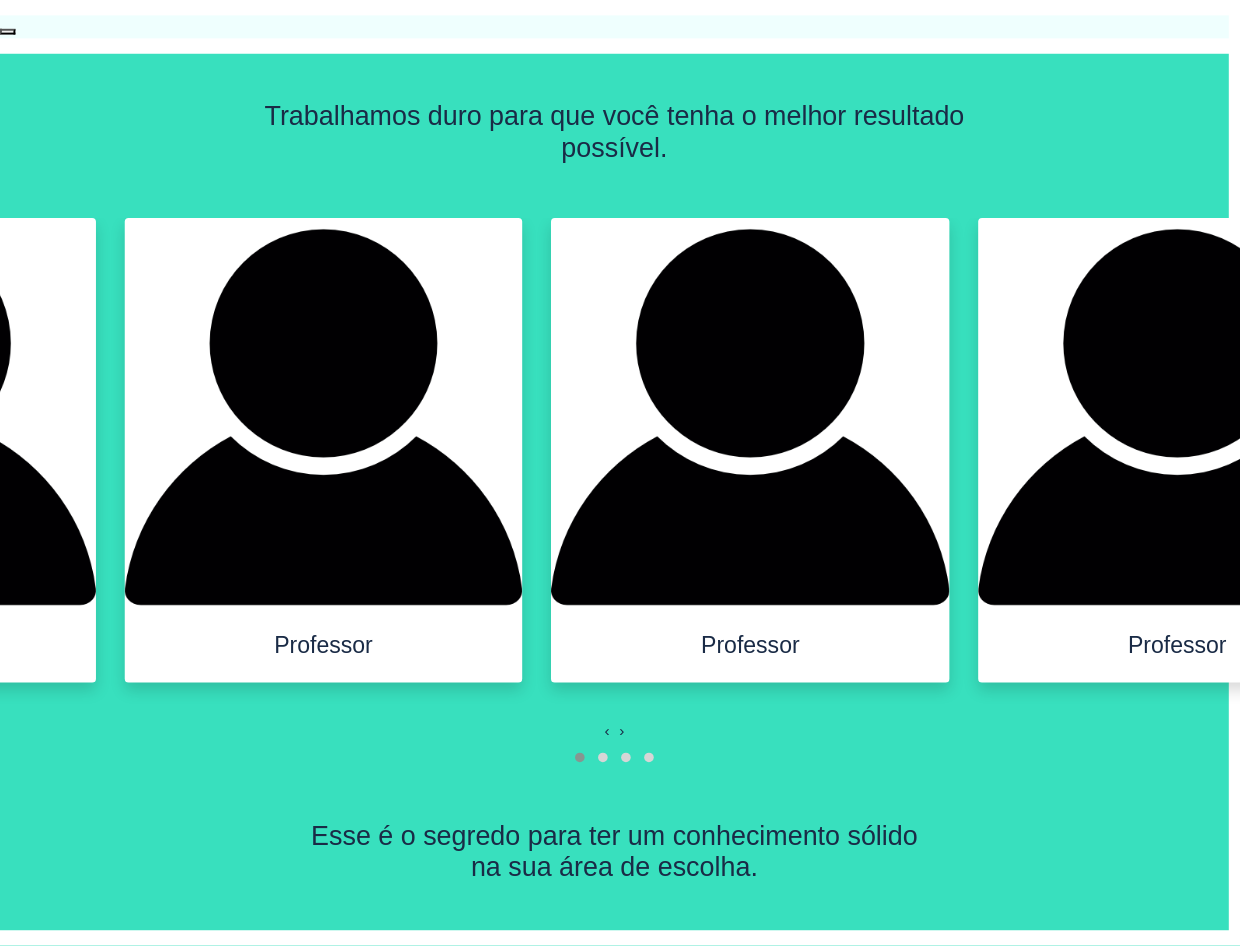
Repository: MarTech-Coders-Planejamento/site-oficial
Page: home.html
An editor plug-in stored every save of this project. The page is shown before and after the next save, followed by the edit.
The browser window is 1280 px wide. The page is 1292 px wide, so the pictures cover 1292 px, including what lies to the right of the window. The pictures show the whole page, at 96% of full size.
Some web fonts or font styles are not loaded; a fallback is used.

Above is the page before, as saved 2021-10-23 00:57:32.

### home.html
<!DOCTYPE html>
<html lang="pt-BR">
  <head>
    <meta charset="UTF-8" />
    <meta http-equiv="X-UA-Compatible" content="IE=edge" />
    <meta name="viewport" content="width=device-width, initial-scale=1.0" />
    <!--Fonts Google-->
    <link
      href="https://fonts.googleapis.com/css2?family=Tomorrow:wght@300;400;700&display=swap"
      rel="stylesheet"
    />

    <!-- Bootstrap CSS -->
    <link
      href="https://cdn.jsdelivr.net/npm/bootstrap@5.1.2/dist/css/bootstrap.min.css"
      rel="stylesheet"
      integrity="sha384-uWxY/CJNBR+1zjPWmfnSnVxwRheevXITnMqoEIeG1LJrdI0GlVs/9cVSyPYXdcSF"
      crossorigin="anonymous"
    />

    <!-- Styles -->
    <link rel="stylesheet" href="./css/home.css" />
    <link
      rel="stylesheet"
      href="https://cdnjs.cloudflare.com/ajax/libs/OwlCarousel2/2.3.4/assets/owl.carousel.min.css"
      integrity="sha512-tS3S5qG0BlhnQROyJXvNjeEM4UpMXHrQfTGmbQ1gKmelCxlSEBUaxhRBj/EFTzpbP4RVSrpEikbmdJobCvhE3g=="
      crossorigin="anonymous"
    />
    <link
      rel="stylesheet"
      href="https://cdnjs.cloudflare.com/ajax/libs/OwlCarousel2/2.3.4/assets/owl.theme.default.min.css"
      integrity="sha512-sMXtMNL1zRzolHYKEujM2AqCLUR9F2C4/05cdbxjjLSRvMQIciEPCQZo++nk7go3BtSuK9kfa/s+a4f4i5pLkw=="
      crossorigin="anonymous"
    />

    <title>Home</title>
  </head>
  <body>
    <div class="container-fluid">
      <!--cabeçalho fluido-->
      <header>
        <nav></nav>
      </header>
      <main>
        <section class="bg-one">
          <!--dobra1-->
          <article>
            <header></header>
            <h1></h1>
            <p></p>
            <figure></figure>
            <button></button>
          </article>
        </section>
        <section class="bg-two">
          <!--dobra2-->
          <article>
            <h2></h2>
            <p></p>
            <figure></figure>
          </article>
        </section>
        <section class="bg-one">
          <!--dobra3-->
          <article>
            <header></header>
            <p></p>
            <figure></figure>
          </article>
        </section>
        <section class="bg-two">
          <!--dobra4-->
          <p class='h3 p-5 text-center'>
            Trabalhamos duro para que você tenha o melhor resultado <br> possível.
          </p>
          <div class="row justify-content-center">
            <div id='slider-container' class="col">
              <div class="owl-carousel owl-theme">
                <div class="item mb-4">
                  <div class="card border-0 shadow">
                    <img src="/image/person.png" alt="" class="card-img-top img-fluid" />
                    <div class="card-body">
                      <div class="card-title text-center">
                        <h4>Professor</h4>
                      </div>
                    </div>
                  </div>
                </div>

                <div class="item">
                  <div class="card border-0 shadow">
                    <img src="/image/person.png" alt="" class="card-img-top img-fluid" />
                    <div class="card-body">
                      <div class="card-title text-center">
                        <h4>Professor</h4>
                      </div>
                    </div>
                  </div>
                </div>
                <div class="item">
                  <div class="card border-0 shadow">
                    <img src="/image/person.png" alt="" class="card-img-top img-fluid" />
                    <div class="card-body">
                      <div class="card-title text-center">
                        <h4>Professor</h4>
                      </div>
                    </div>
                  </div>
                </div>
                <div class="item">
                  <div class="card border-0 shadow">
                    <img src="/image/person.png" alt="" class="card-img-top img-fluid" />
                    <div class="card-body">
                      <div class="card-title text-center">
                        <h4>Professor</h4>
                      </div>
                    </div>
                  </div>
                </div>
                <div class="item">
                  <div class="card border-0 shadow">
                    <img src="/image/person.png" alt="" class="card-img-top img-fluid" />
                    <div class="card-body">
                      <div class="card-title text-center">
                        <h4>Professor</h4>
                      </div>
                    </div>
                  </div>
                </div>
                <div class="item">
                  <div class="card border-0 shadow">
                    <img src="/image/person.png" alt="" class="card-img-top img-fluid" />
                    <div class="card-body">
                      <div class="card-title text-center">
                        <h4>Professor</h4>
                      </div>
                    </div>
                  </div>
                </div>
                <div class="item">
                  <div class="card border-0 shadow">
                    <img src="/image/person.png" alt="" class="card-img-top img-fluid" />
                    <div class="card-body">
                      <div class="card-title text-center">
                        <h4>Professor</h4>
                      </div>
                    </div>
                  </div>
                </div>
                <div class="item">
                  <div class="card border-0 shadow">
                    <img src="/image/person.png" alt="" class="card-img-top img-fluid" />
                    <div class="card-body">
                      <div class="card-title text-center">
                        <h4>Professor</h4>
                      </div>
                    </div>
                  </div>
                </div>
                <div class="item">
                  <div class="card border-0 shadow">
                    <img src="/image/person.png" alt="" class="card-img-top img-fluid" />
                    <div class="card-body">
                      <div class="card-title text-center">
                        <h4>Professor</h4>
                      </div>
                    </div>
                  </div>
                </div>
                <div class="item">
                  <div class="card border-0 shadow">
                    <img src="/image/person.png" alt="" class="card-img-top img-fluid" />
                    <div class="card-body">
                      <div class="card-title text-center">
                        <h4>Professor</h4>
                      </div>
                    </div>
                  </div>
                </div>
                <div class="item">
                  <div class="card border-0 shadow">
                    <img src="/image/person.png" alt="" class="card-img-top img-fluid" />
                    <div class="card-body">
                      <div class="card-title text-center">
                        <h4>Professor</h4>
                      </div>
                    </div>
                  </div>
                </div>
                <div class="item">
                  <div class="card border-0 shadow">
                    <img src="/image/person.png" alt="" class="card-img-top img-fluid" />
                    <div class="card-body">
                      <div class="card-title text-center">
                        <h4>Professor</h4>
                      </div>
                    </div>
                  </div>
                </div>
              </div>
            </div>
          </div>
          <p class='h3 p-5 text-center'>
            Esse é o segredo para ter um conhecimento sólido <br> na sua área de
            escolha.
          </p>
        </section>
      </main>

      <footer class="bg-one">
        <!--footer-->
        <article></article>
        <p></p>
      </footer>
    </div>

    <!-- Owl Carousel -->

    <script src="https://cdnjs.cloudflare.com/ajax/libs/jquery/3.6.0/jquery.min.js"></script>

    <!-- Bootstrap Bundle javascript -->
    <script
      src="https://cdn.jsdelivr.net/npm/bootstrap@5.1.2/dist/js/bootstrap.bundle.min.js"
      integrity="sha384-kQtW33rZJAHjgefvhyyzcGF3C5TFyBQBA13V1RKPf4uH+bwyzQxZ6CmMZHmNBEfJ"
      crossorigin="anonymous"
    ></script>

    <!-- Owl Carousel -->

    <script
      src="https://cdnjs.cloudflare.com/ajax/libs/OwlCarousel2/2.3.4/owl.carousel.min.js"
      integrity="sha512-bPs7Ae6pVvhOSiIcyUClR7/q2OAsRiovw4vAkX+zJbw3ShAeeqezq50RIIcIURq7Oa20rW2n2q+fyXBNcU9lrw=="
      crossorigin="anonymous"
    ></script>

    <!-- Slider -->

    <script>
      $(".owl-carousel").owlCarousel({
        loop: true,
        autoplay: true,
        margin: 30,
        animateOut: "fadeOut",
        animateIn: "fadeIn",
        nav: true,
        autoplayHoverPause: true,
        responsive: {
          0: {
            items: 1,
            nav:false
          },
          600: {
            items: 2,
            nav:false,
          },
          1000: {
            items: 3,
            nav: true,
            loop: false
          },
        },
      });
    </script>
  </body>
</html>

### css/home.css
:root {
  --bg: #effffe;
  --bg2: #38e0be;
  --texto: #1a2b46;
}
* {
  font-family: "Tomorrow", sans-serif;
}

.container-fluid {
  padding-right: 0;
  padding-left: 0;
  margin-right: auto;
  margin-left: auto;
}

.bg-one {
  background-color: var(--bg);
  color: var(--texto);
}
.bg-two {
  background-color: var(--bg2);
  color: var(--texto);
}

/* Slider Container*/

#slider-container{
 padding: 0;
}

.card-img-top img{
  width: 300px;
}

.owl-stage{
  padding: 0 !important;
}

After the next save:
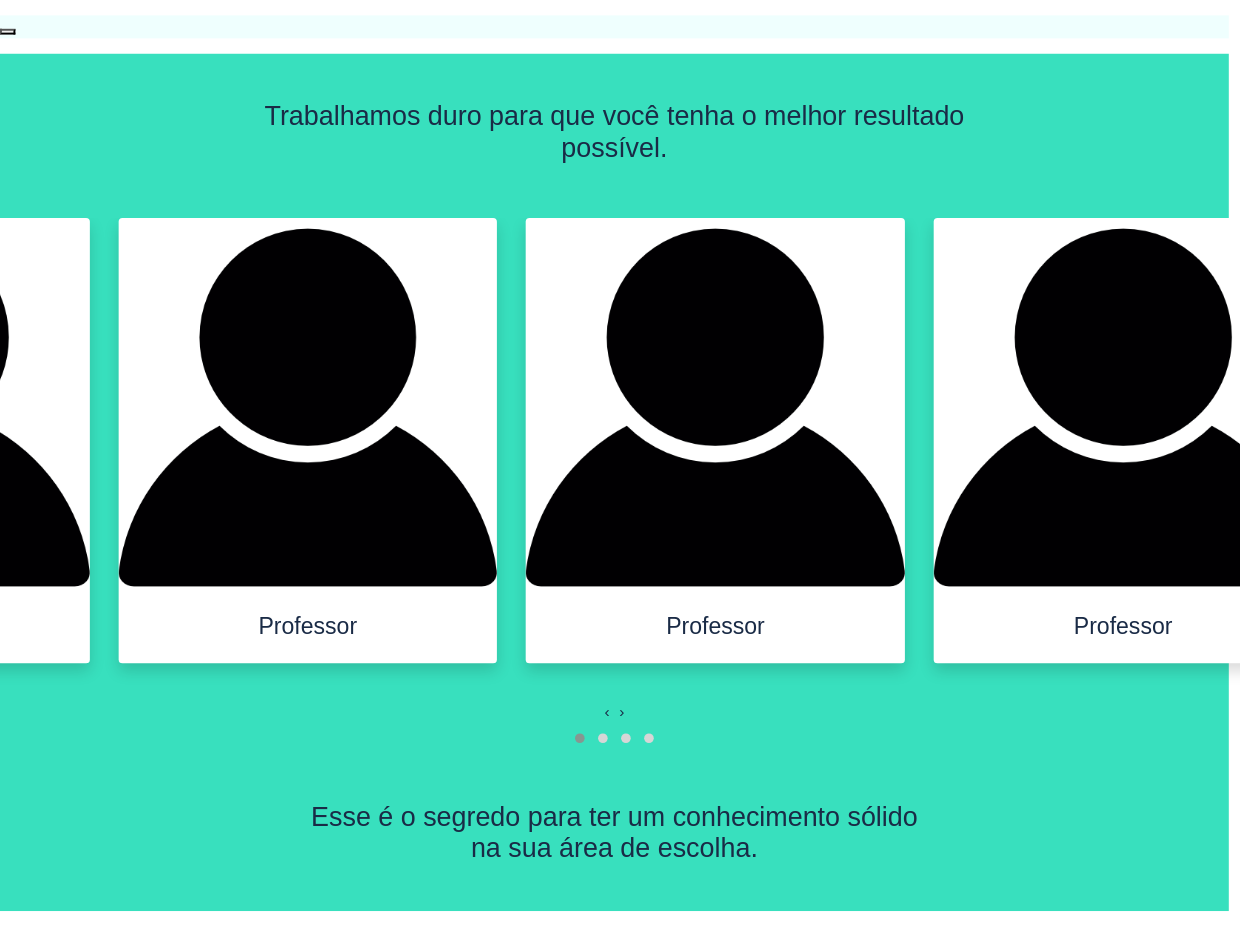
Saved 32 s later.
--- a/home.html
+++ b/home.html
@@ -240,6 +240,7 @@
         loop: true,
         autoplay: true,
         margin: 30,
+        stagePadding: 30,
         animateOut: "fadeOut",
         animateIn: "fadeIn",
         nav: true,
